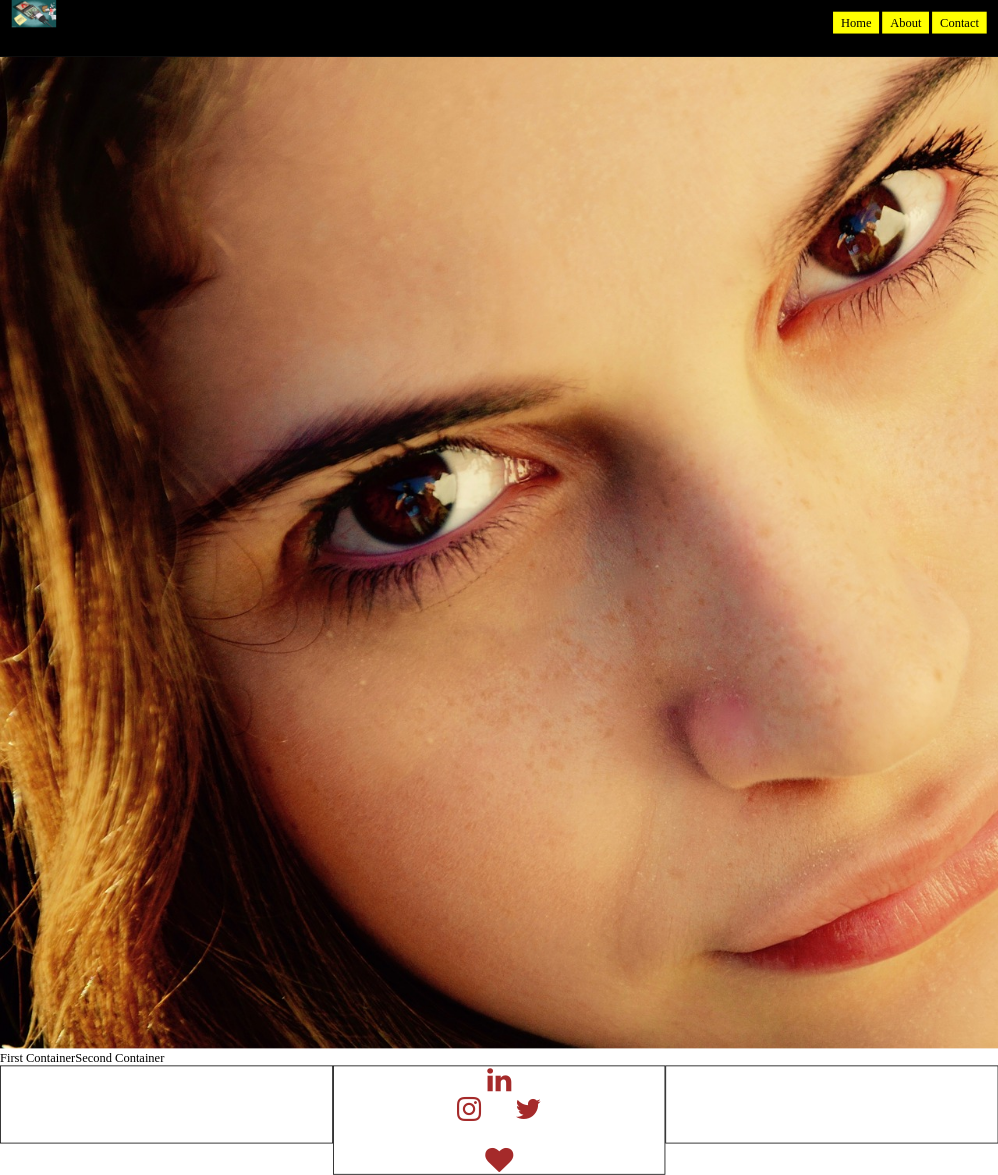
Repository: bitmogram/practicingcards
Page: about.html
The author's editor kept a record of every edit. The page is drawn from the files as they stood at one moment, then again after the next edit.
The browser window is 1280 px wide. The pictures show the whole page, at 78% of full size.

Above is the page before.

After the next edit:
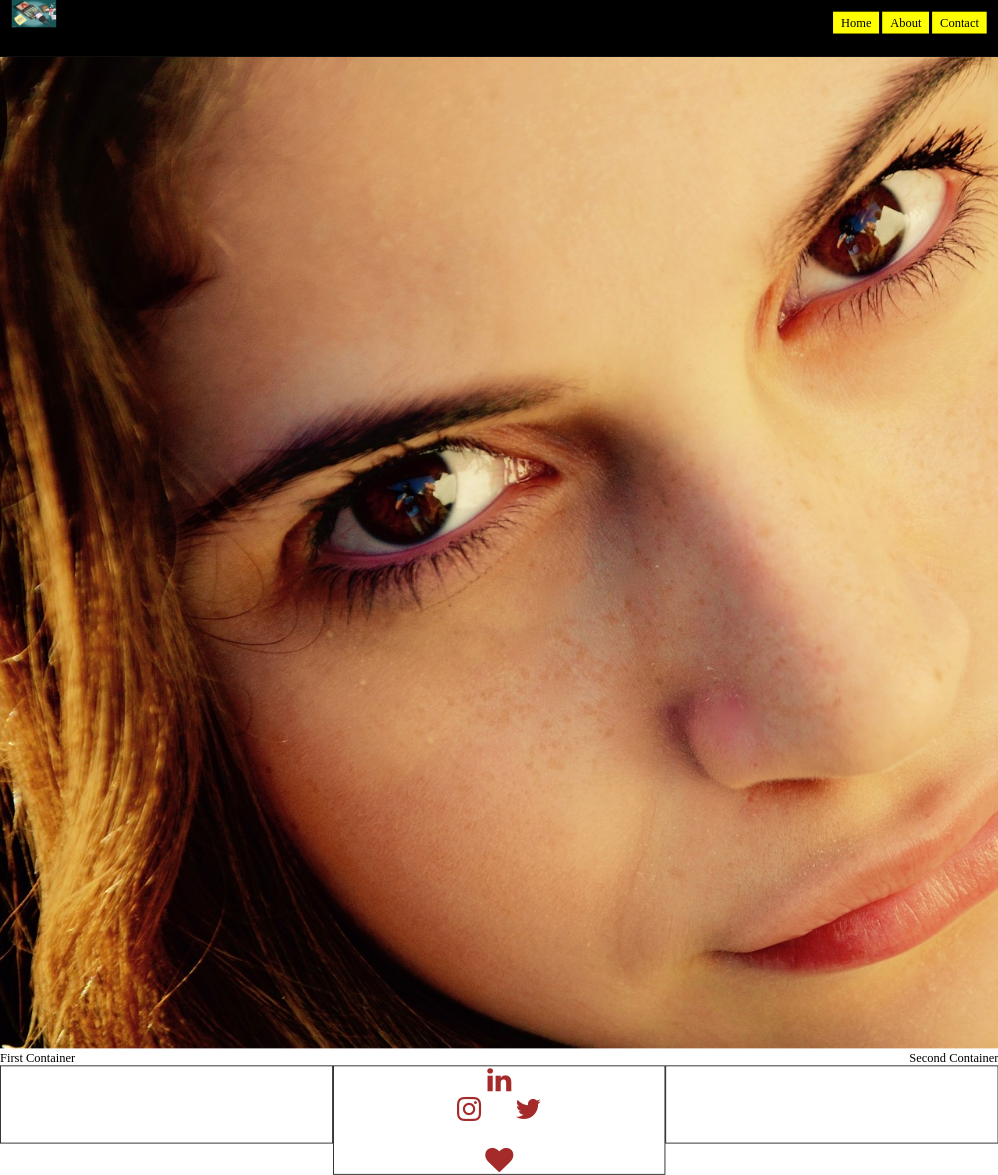
The edit:
--- a/about.html
+++ b/about.html
@@ -35,7 +35,7 @@
 		<div class="about-child pull-left">First Container
 		</div>
 
-		<div class="about-child">Second Container
+		<div class="about-child pull-right">Second Container
 		</div>
 	</main>
 
